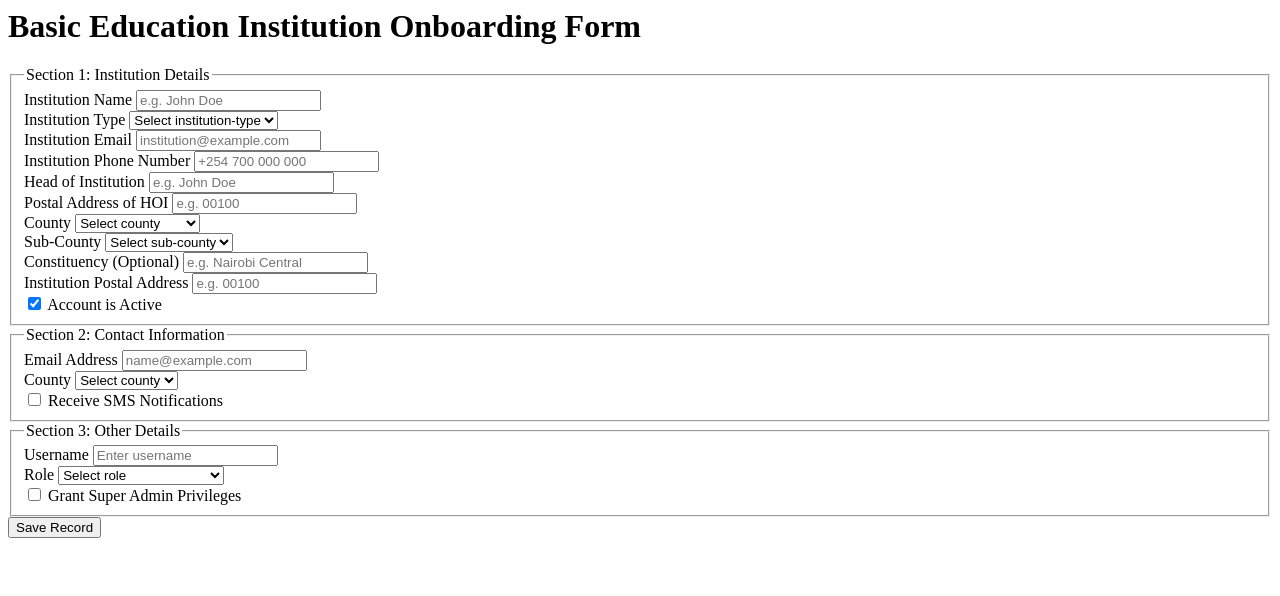
Repository: ndirituart/KEMIS
Page: angular-client/src/app/pages/basic-education/basic-education.html
The author's editor kept a copy of each file at every save. The page is drawn from the files as they stood at one save, then again after the next save.
The browser window is 1280 px wide. The pictures show the whole page.

Above is the page before, as saved 2026-10-19 18:00:29.

### angular-client/src/app/pages/basic-education/basic-education.html
<div class="kemis-form-wrapper">
<form class="kemis-form" (ngSubmit)="onSubmit()" #myForm="ngForm">
<h1 class="text-center mb-4">Basic Education Institution Onboarding Form</h1>
  <!-- ========================================== -->
  <!-- Section 1: Institution Details                -->
  <!-- ========================================== -->
  <fieldset class="mb-4 p-3 border rounded">
    <legend class="float-none w-auto px-2 fs-5 fw-bold text-primary">Section 1: Institution Details</legend>

    <div class="row g-3">
      <!-- Institution Name -->
      <div class="col-md-6">
        <label for="fullName" class="form-label fw-semibold">Institution Name</label>
        <input type="text" class="form-control" id="fullName" name="fullName" placeholder="e.g. John Doe" required>
      </div>

      <!-- Type of School based on Gender -->
      <div class="col-md-6">
        <label for="institution-type" class="form-label fw-semibold">Institution Type</label>
        <select class="form-select" id="institution-type" name="institution-type" required>
          <option value="" disabled selected>Select institution-type</option>
          <option value="Boy's School">Boy's School</option>
          <option value="Girl's School">Girl's School</option>
          <option value="Mixed School">Mixed School</option>
        </select>
      </div>

      <!-- Institution Email -->
      <div class="col-md-6">
        <label for="emailId" class="form-label fw-semibold">Institution Email</label>
        <input type="email" class="form-control" id="emailId" name="emailId" placeholder="institution@example.com" required>
      </div>

      <!-- Institution Phone Number -->
      <div class="col-md-6">
        <label for="phoneNumber" class="form-label fw-semibold">Institution Phone Number</label>
        <input type="tel" class="form-control" id="phoneNumber" name="phoneNumber" placeholder="+254 700 000 000" required>
      </div>

      <!-- Head of Institution -->
      <div class="col-md-6">
        <label for="headOfInstitution" class="form-label fw-semibold">Head of Institution</label>
        <input type="text" class="form-control" id="headOfInstitution" name="headOfInstitution" placeholder="e.g. John Doe" required>
      </div>

      <!-- Postal Address of HOI -->
      <div class="col-md-6">
        <label for="postalAddressHoi" class="form-label fw-semibold">Postal Address of HOI</label>
        <input type="text" class="form-control" id="postalAddressHoi" name="postalAddressHoi" placeholder="e.g. 00100" required>
      </div>

      <!--County List-->
      <div class="col-md-6">
        <label for="county" class="form-label fw-semibold">County</label>
        <select class="form-select" id="county" name="county" required>
          <option value="" disabled selected>Select county</option>
      <option value="baringo">Baringo</option>
      <option value="bomet">Bomet</option>
      <option value="bungoma">Bungoma</option>
      <option value="busia">Busia</option>
      <option value="elgeyo marakwet">Elgeyo Marakwet</option>
      <option value="embu">Embu</option>
      <option value="garissa">Garissa</option>
      <option value="homa bay">Homa Bay</option>
      <option value="isiolo">Isiolo</option>
      <option value="kajiado">Kajiado</option>
      <option value="kakamega">Kakamega</option>
      <option value="kericho">Kericho</option>
      <option value="kiambu">Kiambu</option>
      <option value="kilifi">Kilifi</option>
      <option value="kirinyaga">Kirinyaga</option>
      <option value="kisii">Kisii</option>
      <option value="kisumu">Kisumu</option>
      <option value="kitui">Kitui</option>
      <option value="kwale">Kwale</option>
      <option value="laikipia">Laikipia</option>
      <option value="lamu">Lamu</option>
      <option value="machakos">Machakos</option>
      <option value="makueni">Makueni</option>
      <option value="mandera">Mandera</option>
      <option value="meru">Meru</option>
      <option value="migori">Migori</option>
      <option value="marsabit">Marsabit</option>
      <option value="mombasa">Mombasa</option>
      <option value="muranga">Muranga</option>
      <option value="nairobi">Nairobi</option>
      <option value="nakuru">Nakuru</option>
      <option value="nandi">Nandi</option>
      <option value="narok">Narok</option>
      <option value="nyamira">Nyamira</option>
      <option value="nyandarua">Nyandarua</option>
      <option value="nyeri">Nyeri</option>
      <option value="samburu">Samburu</option>
      <option value="siaya">Siaya</option>
      <option value="taita taveta">Taita Taveta</option>
      <option value="tana river">Tana River</option>
      <option value="tharaka nithi">Tharaka Nithi</option>
      <option value="trans nzoia">Trans Nzoia</option>
      <option value="turkana">Turkana</option>
      <option value="uasin gishu">Uasin Gishu</option>
      <option value="vihiga">Vihiga</option>
      <option value="wajir">Wajir</option>
      <option value="pokot">West Pokot</option>
  </select>
      </div>

      <!--TO-DO: Nestsed array for Sub-County List dependent on county chosen-->
      <div class="col-md-6">
        <label for="subCounty" class="form-label fw-semibold">Sub-County</label>
        <select class="form-select" id="subCounty" name="subCounty" required>
          <option value="" disabled selected>Select sub-county</option>
        </select>
      </div>

      <!--Constituency Name OPTIONAL-->
      <div class="col-md-6">
        <label for="constituency" class="form-label fw-semibold">Constituency (Optional)</label>
        <input type="text" class="form-control" id="constituency" name="constituency" placeholder="e.g. Nairobi Central">
      </div>

      <!--Institution Postal Address-->
      <div class="col-md-6">
        <label for="postalAddressInstitution" class="form-label fw-semibold">Institution Postal Address</label>
        <input type="text" class="form-control" id="postalAddressInstitution" name="postalAddressInstitution" placeholder="e.g. 00100" required>
      </div>

      <!-- Boolean Toggle (Switch) -->
      <div class="col-12 mt-3">
        <div class="form-check form-switch">
          <input class="form-check-input" type="checkbox" role="switch" id="isActive" name="isActive" checked>
          <label class="form-check-label fw-semibold" for="isActive">Account is Active</label>
        </div>
      </div>
    </div>
  </fieldset>

  <!-- ========================================== -->
  <!-- SECTION 2: Coordinates            -->
  <!-- ========================================== -->
  <fieldset class="mb-4 p-3 border rounded">
    <legend class="float-none w-auto px-2 fs-5 fw-bold text-primary">Section 2: Contact Information</legend>

    <div class="row g-3">
      <!-- Text Input -->
      <div class="col-md-6">
        <label for="emailId" class="form-label fw-semibold">Email Address</label>
        <input type="emailId" class="form-control" id="emailId" name="emailId" placeholder="name@example.com" required>
      </div>

      <!-- Dropdown -->
      <div class="col-md-6">
        <label for="county" class="form-label fw-semibold">County</label>
        <select class="form-select" id="county" name="county" required>
          <option value="" disabled selected>Select county</option>
          <option value="Nairobi">Nairobi</option>
          <option value="Mombasa">Mombasa</option>
          <option value="Kisumu">Kisumu</option>
        </select>
      </div>

      <!-- Boolean Toggle -->
      <div class="col-12 mt-3">
        <div class="form-check form-switch">
          <input class="form-check-input" type="checkbox" role="switch" id="receiveSms" name="receiveSms">
          <label class="form-check-label fw-semibold" for="receiveSms">Receive SMS Notifications</label>
        </div>
      </div>
    </div>
  </fieldset>

  <!-- ========================================== -->
  <!-- SECTION 3: Other Details                -->
  <!-- ========================================== -->
  <fieldset class="mb-4 p-3 border rounded">
    <legend class="float-none w-auto px-2 fs-5 fw-bold text-primary">Section 3: Other Details</legend>

    <div class="row g-3">
      <!-- Text Input -->
      <div class="col-md-6">
        <label for="username" class="form-label fw-semibold">Username</label>
        <input type="text" class="form-control" id="username" name="username" placeholder="Enter username" required>
      </div>

      <!-- Dropdown -->
      <div class="col-md-6">
        <label for="role" class="form-label fw-semibold">Role</label>
        <select class="form-select" id="role" name="role" required>
          <option value="" disabled selected>Select role</option>
          <option value="Admin">Admin</option>
          <option value="IT Officer">IT Officer</option>
          <option value="Head of Institution (HOI)">Head of Institution (HOI)</option>
        </select>
      </div>

      <!-- Boolean Toggle -->
      <div class="col-12 mt-3">
        <div class="form-check form-switch">
          <input class="form-check-input" type="checkbox" role="switch" id="isSuperAdmin" name="isSuperAdmin">
          <label class="form-check-label fw-semibold" for="isSuperAdmin">Grant Super Admin Privileges</label>
        </div>
      </div>
    </div>
  </fieldset>

  <!-- Submit Button -->
  <div class="d-grid gap-2 mt-4">
    <button type="submit" class="btn btn-primary btn-lg">Save Record</button>
  </div>

</form>
</div>

After the next save:
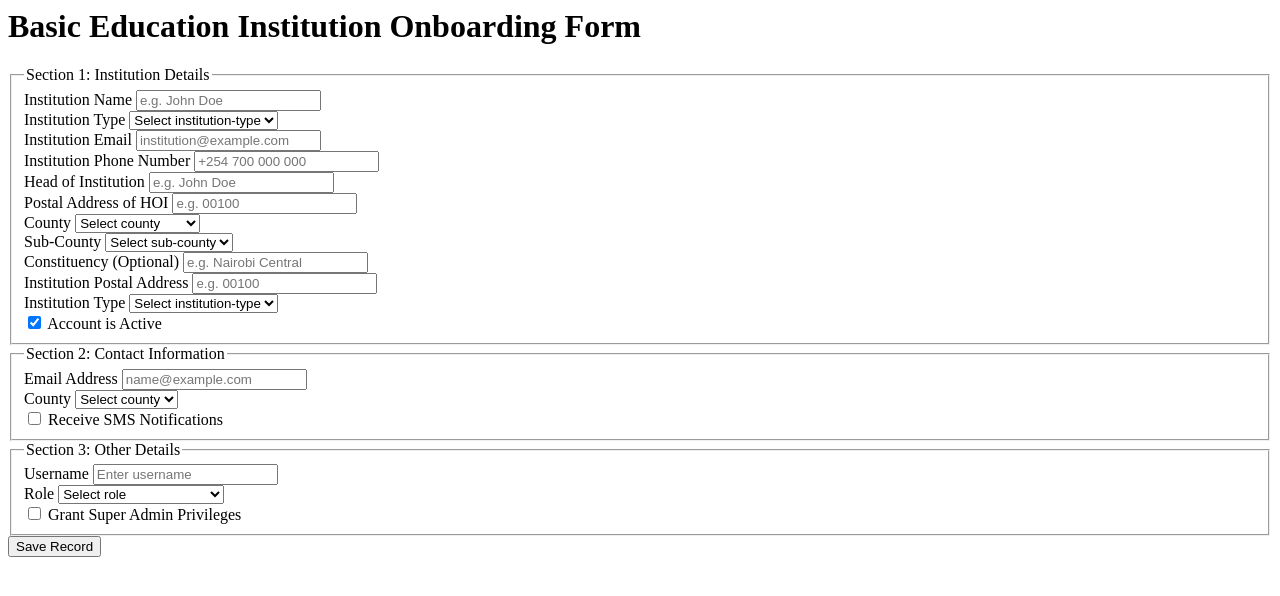
Saved 29 s later.
--- a/angular-client/src/app/pages/basic-education/basic-education.html
+++ b/angular-client/src/app/pages/basic-education/basic-education.html
@@ -124,6 +124,17 @@
         <input type="text" class="form-control" id="postalAddressInstitution" name="postalAddressInstitution" placeholder="e.g. 00100" required>
       </div>
 
+       <!-- Type of School based on Gender -->
+      <div class="col-md-6">
+        <label for="institution-type" class="form-label fw-semibold">Institution Type</label>
+        <select class="form-select" id="institution-type" name="institution-type" required>
+          <option value="" disabled selected>Select institution-type</option>
+          <option value="Boy's School">Boy's School</option>
+          <option value="Girl's School">Girl's School</option>
+          <option value="Mixed School">Mixed School</option>
+        </select>
+      </div>
+
       <!-- Boolean Toggle (Switch) -->
       <div class="col-12 mt-3">
         <div class="form-check form-switch">
